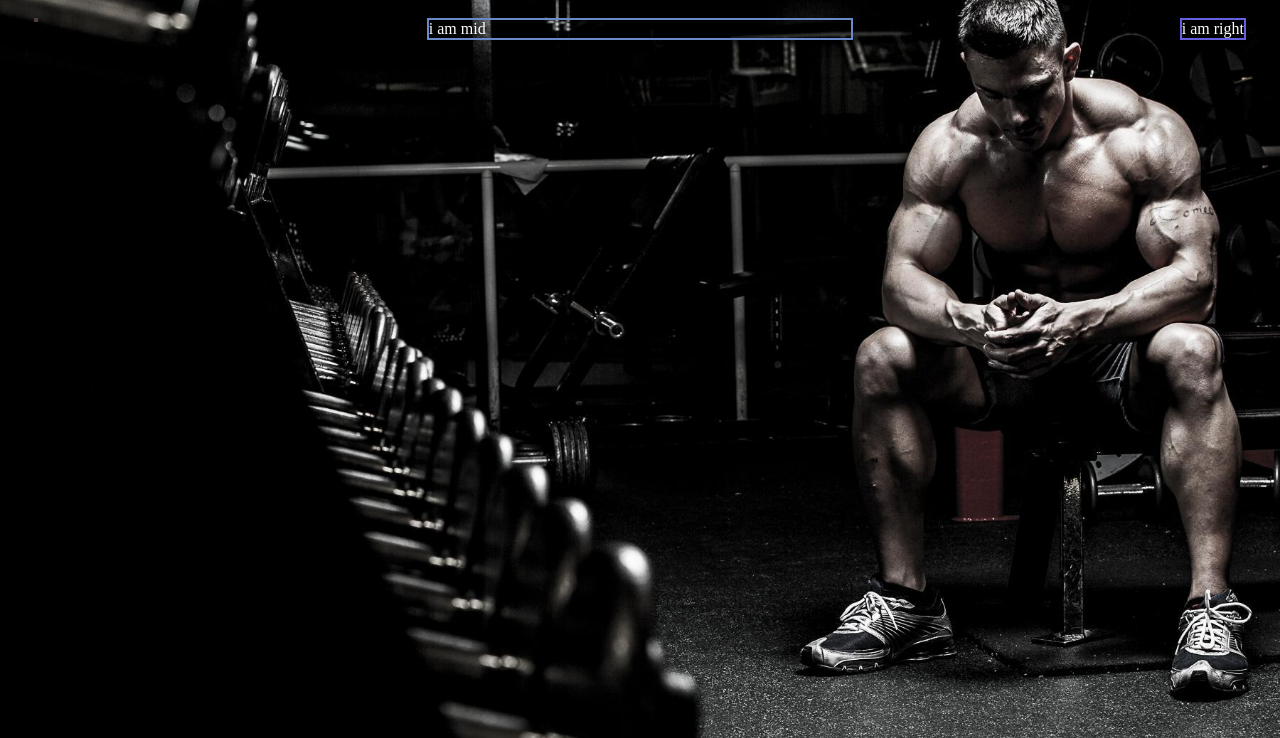
Repository: asthaasquare/project-1
Page: project-1/index.html
These files come from the project's save history. The page is drawn as it stood at one moment and after the next save; the edit follows.
The browser window is 1280 px wide. The pictures show the whole page.

Above is the page before, as saved 2024-05-09 10:49:00.

### project-1/index.html
<!DOCTYPE html>
<html lang="en">
  <head>
    <meta charset="UTF-8" />
    <meta name="viewport" content="width=device-width, initial-scale=1.0" />
    <title>Fit World</title>
    <style>
      body {
        color: white;
        margin: 0;
        padding: 0;
        background-image: url("img/1087639.jpg");
        background-size: cover; /* This will make sure the image covers the entire background */
        background-position: center; /* This will center the image within the container */
        height: 100vh; /* This will set the height of the background to the viewport height */
      }

      .left {
        border: 2px double rgb(75, 62, 62);
        display: inline-block;
        position: absolute;
        top: 0px;
        left: 34px;
      }

      .mid {
        margin: 18px auto;
        display: block;
        width: 33%;
        border: 2px double rgb(106, 137, 200);
      }

      .right {
        position: absolute;
        display: inline-block;
        border: 2px double rgb(100, 96, 222);
        top: 0px;
        right: 34px;
      }

      .header {
        position: relative; /* Set position to relative to allow absolute positioning of child elements */
      }
    </style>
  </head>
  <link rel="stylesheet" href="css/style.css" />
  <body>
    <header class="header">
      <div class="left">

      </div>
      <div class="mid">i am mid</div>
      <div class="right">i am right</div>
    </header>
  </body>
</html>

Loaded but not shown: project-1/css/style.css (no stored copy; drawn as an empty file)

After the next save:
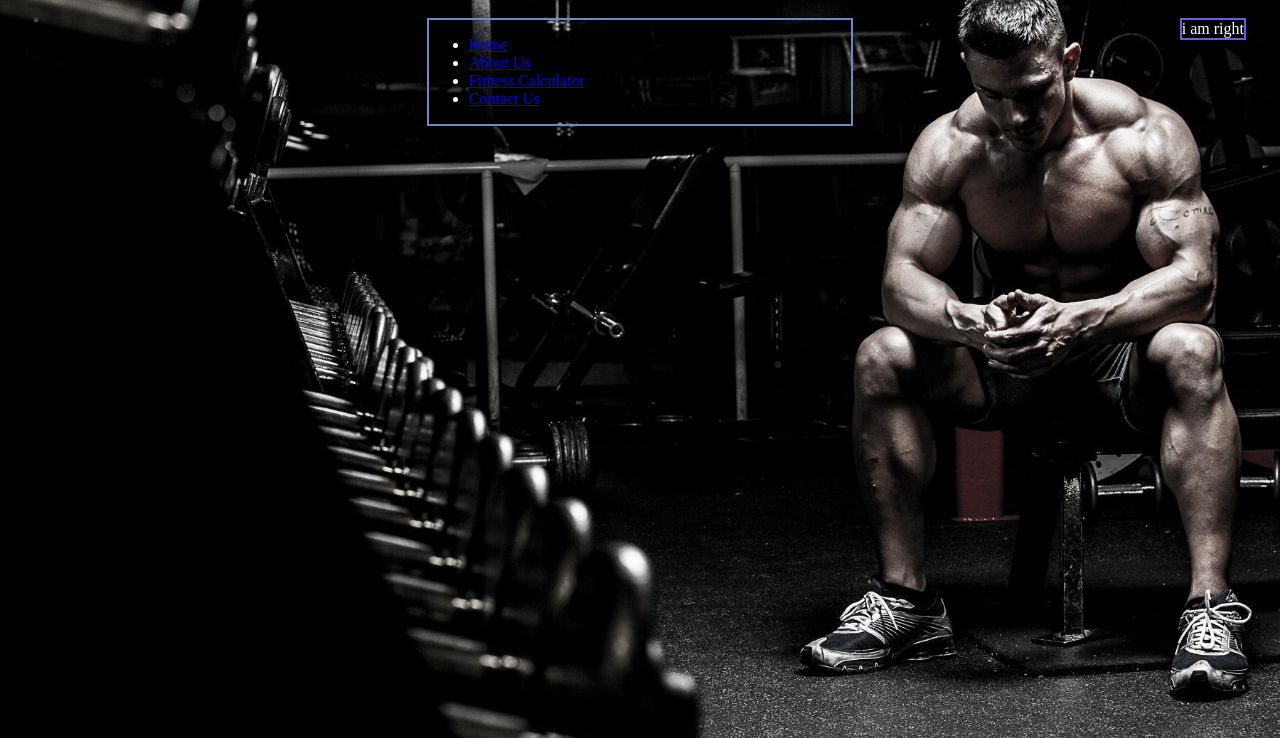
Saved 6 s later.
--- a/project-1/index.html
+++ b/project-1/index.html
@@ -49,7 +49,14 @@
       <div class="left">
 
       </div>
-      <div class="mid">i am mid</div>
+      <div class="mid">
+        <ul class="navbar">
+            <li><a href="#">Home</a></li>
+            <li><a href="#">About Us</a></li>
+            <li><a href="#">Fitness Calculator</a></li>
+            <li><a href="#">Contact Us</a></li>
+           </ul>
+      </div>
       <div class="right">i am right</div>
     </header>
   </body>
